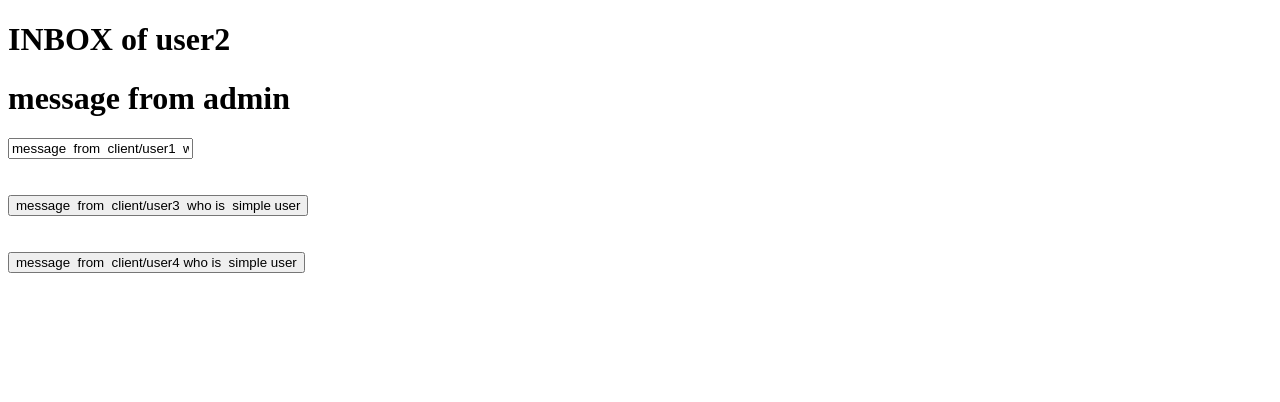
Repository: heenasalim/Java_Script
Page: Simplehtmldemo/WebContent/FBUSER2.html
These files come from the project's save history. The page is drawn as it stood at one moment and after the next save; the edit follows.
The browser window is 1280 px wide. The pictures show the whole page.

Above is the page before, as saved 2015-10-12 11:07:37.

After the next save:
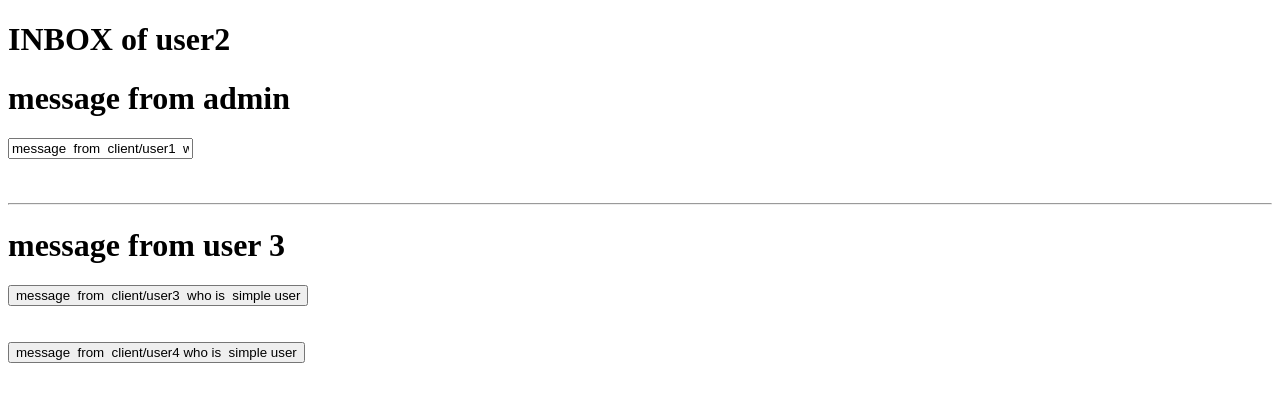
Saved 23 s later.
--- a/Simplehtmldemo/WebContent/FBUSER2.html
+++ b/Simplehtmldemo/WebContent/FBUSER2.html
@@ -11,6 +11,8 @@
 <br/>
 <br/>
 <br/>
+<hr/>
+<h1>message  from user 3</h1>
 <input type="submit"  value="message  from  client/user3  who is  simple user">
 <br/><br/><br/>
 <input type="submit"  value="message  from  client/user4 who is  simple user">
